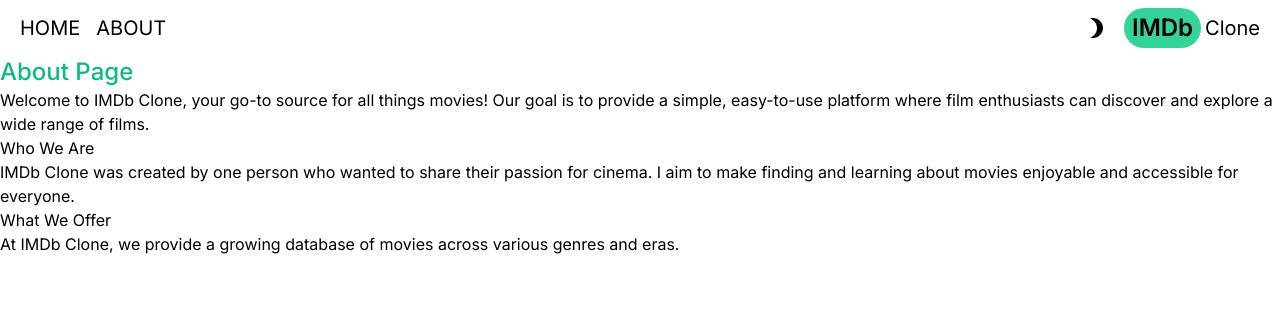
Repository: Tan28-art/Next-JS-Movie-Site
Page: /about (app in starter/)
An editor plug-in stored every save of this project. The page is shown before and after a run of saves, followed by the edit.
The browser window is 1280 px wide. The pictures show the whole page.
The project was rebuilt for these pictures with package versions that can differ from the ones it lists, and the page was loaded fresh each time. The framework's server and built-in components were replaced by stand-ins that run in the browser. Also part of the build but not shown: starter/next.config.mjs.

Above is the page before, as saved 2024-07-23 17:55:22.

### starter/app/layout.tsx
import type { Metadata } from "next";
import { Inter } from "next/font/google";
import "./globals.css";
import Header from "@/components/Header";
import MenuItem from "@/components/MenuItem";
import Providers from "./Providers";


const inter = Inter({ subsets: ["latin"] });

export const metadata: Metadata = {
  title: "Movie App",
  description: "Movie Search App",
};

export default function RootLayout({
  children,
}: Readonly<{
  children: React.ReactNode;
}>) {
  return (
    <html lang="en">
      <body className={inter.className}>
        <Providers>
          <Header />
          {children}
        </Providers>
      </body>
    </html>
  );
}

### starter/app/about/page.tsx
import React from "react";

export default function page() {
  return (
    <div>
      <h1 className="text-2xl font-medium text-emerald-500">About Page</h1>
      <div>
          <p>
            Welcome to IMDb Clone, your go-to source for all things movies! Our goal
            is to provide a simple, easy-to-use platform where film enthusiasts can
            discover and explore a wide range of films.
          </p>
          <p>Who We Are</p>
          <p>
            IMDb Clone was created by one person who wanted to share their passion
            for cinema. I aim to make finding and learning about movies enjoyable
            and accessible for everyone.
          </p>
          <p>What We Offer</p>
          <p>
            At IMDb Clone, we provide a growing database of movies across various
            genres and eras.
          </p>
      </div>
    </div>
  );
}

### starter/components/Header.tsx
import React from "react";
import MenuItem from "./MenuItem";
import { TiHome } from "react-icons/ti";
import { TiInfoLarge } from "react-icons/ti";
import Link from "next/link";
import DarkModeSwitch from "./DarkModeSwitch";

export default function Header() {
  return (
    <div className="flex justify-between items-center p-2 px-5 mx-auto">
      <div className="flex gap-4">
        <MenuItem title="Home" Icon={TiHome} address="/" />
        <MenuItem title="About" Icon={TiInfoLarge} address="/about" />
      </div>

      {/* right side of header */}
      <div className="flex items-center gap-4">
        <div className="text-2xl">
          <DarkModeSwitch />
        </div>
        <Link href="/" className="flex gap-1 items-center">
          <span className="text-2xl font-semibold bg-emerald-400 py-1 px-2 rounded-3xl">
            IMDb
          </span>
          <span className="text-xl hidden sm:inline">Clone</span>
        </Link>
      </div>
    </div>
  );
}

### starter/app/Providers.tsx
"use client";
import React from "react";
import { ThemeProvider } from "next-themes";

export default function Providers({ children }: { children: React.ReactNode }) {
    return (
      <ThemeProvider defaultTheme="system" attribute="class">
        <div>{children}</div>
      </ThemeProvider>
    );
  }

### starter/components/MenuItem.tsx
import Link from 'next/link';
import React from 'react'

interface MenuItemProps {
    title: string;
    Icon: any;
    address: string;
  }


export default function MenuItem({ title, Icon, address }: MenuItemProps) {

  if (!address) {
    console.error(`MenuItem component expects a valid 'address' prop, but got '${address}'`);
    return null;
  }

  return (
    <Link href={address} className = 'hover:text-emerald-500'>
      <Icon className = 'text-3xl sm:hidden' />
      <p className = 'uppercase hidden sm:inline text-xl'>{title}</p>
    </Link>
  )
}

### starter/components/DarkModeSwitch.tsx
"use client";

import { MdBrightness3, MdBrightness5 } from "react-icons/md"; // dark mode icon
import { useTheme } from "next-themes";
import React, { useEffect } from "react";

// Wrapper component to add className and onClick support
const IconWithProps = ({ IconComponent, className, onClick }: { IconComponent: any; className: string; onClick?: () => void }) => {
  return <IconComponent className={className} onClick={onClick} />;
};

export default function DarkModeSwitch() {
  const { theme, setTheme, systemTheme } = useTheme();
  const currentTheme = theme === "system" ? systemTheme : theme;
  const [mounted, setMounted] = React.useState(false);
  useEffect(() => setMounted(true), []);

  const handleToggleTheme = () => {
    setTheme(currentTheme === "dark" ? "light" : "dark");
  };

  return (
    <div>
      {mounted && (currentTheme === "dark" ? (
        <IconWithProps IconComponent={MdBrightness5} className="cursor-pointer hover:text-emerald-500" onClick={handleToggleTheme} />
      ) : (
        <IconWithProps IconComponent={MdBrightness3} className="cursor-pointer hover:text-emerald-500" onClick={handleToggleTheme} />
      ))}
    </div>
  );
}

Loaded but not shown: starter/app/globals.css (common file); starter/tailwind.config.ts (common file)

After the next 2 saves:
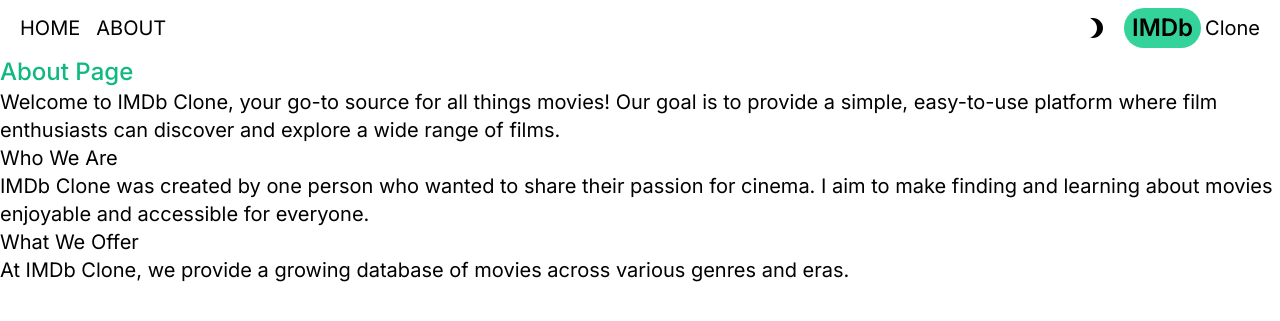
The 2 saves are shown as one change because they came seconds apart.
The last was saved 14 s later.
--- a/starter/app/about/page.tsx
+++ b/starter/app/about/page.tsx
@@ -4,7 +4,7 @@
   return (
     <div>
       <h1 className="text-2xl font-medium text-emerald-500">About Page</h1>
-      <div>
+      <div className = "text-xl">
           <p>
             Welcome to IMDb Clone, your go-to source for all things movies! Our goal
             is to provide a simple, easy-to-use platform where film enthusiasts can
